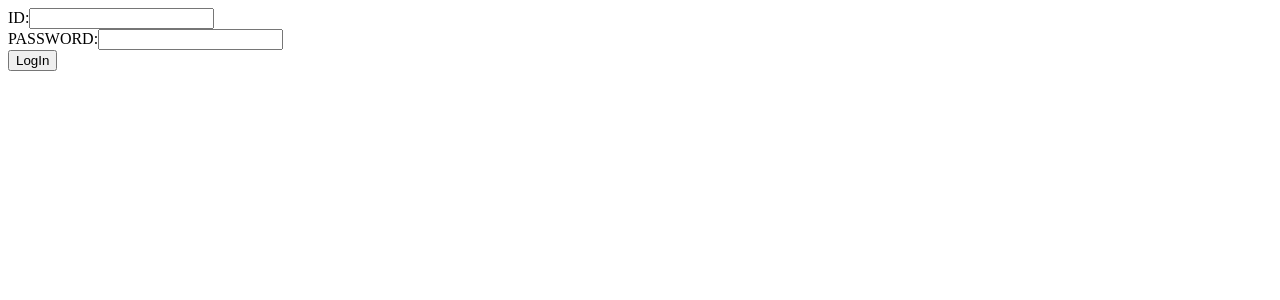
Repository: pillz9408/Jsp-Servlet
Page: jspstudy/day02/src/main/webapp/testForm.html
These files come from the project's save history. The page is drawn as it stood at one moment and after the next save; the edit follows.
The browser window is 1280 px wide. The pictures show the whole page.

Above is the page before, as saved 2022-10-05 01:20:15.

After the next save:
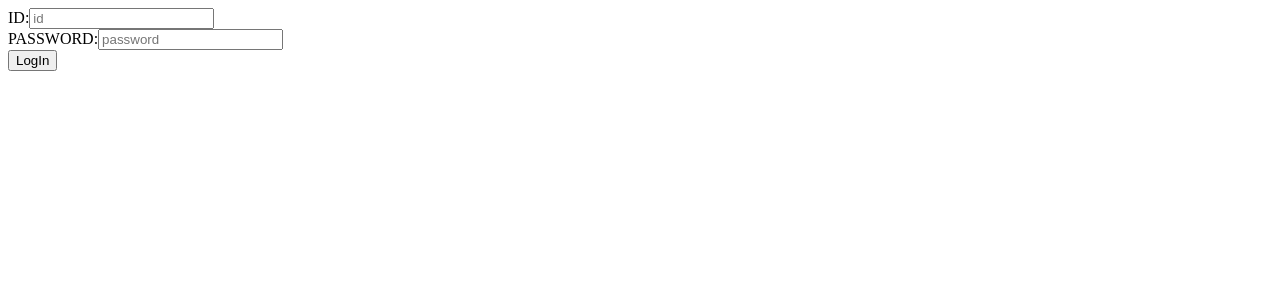
Saved 72 s later.
--- a/jspstudy/day02/src/main/webapp/testForm.html
+++ b/jspstudy/day02/src/main/webapp/testForm.html
@@ -6,8 +6,8 @@
 </head>
 <body>
 <form action ="TestSample">
-	ID:<input type="text" name="id"><br>
-	PASSWORD:<input type="text" name="password"><br>
+	ID:<input type="text" name="id" placeholder="id"><br>
+	PASSWORD:<input type="text" name="password" placeholder="password"><br>
 	<input type="submit" value="LogIn">
 </form>
 
